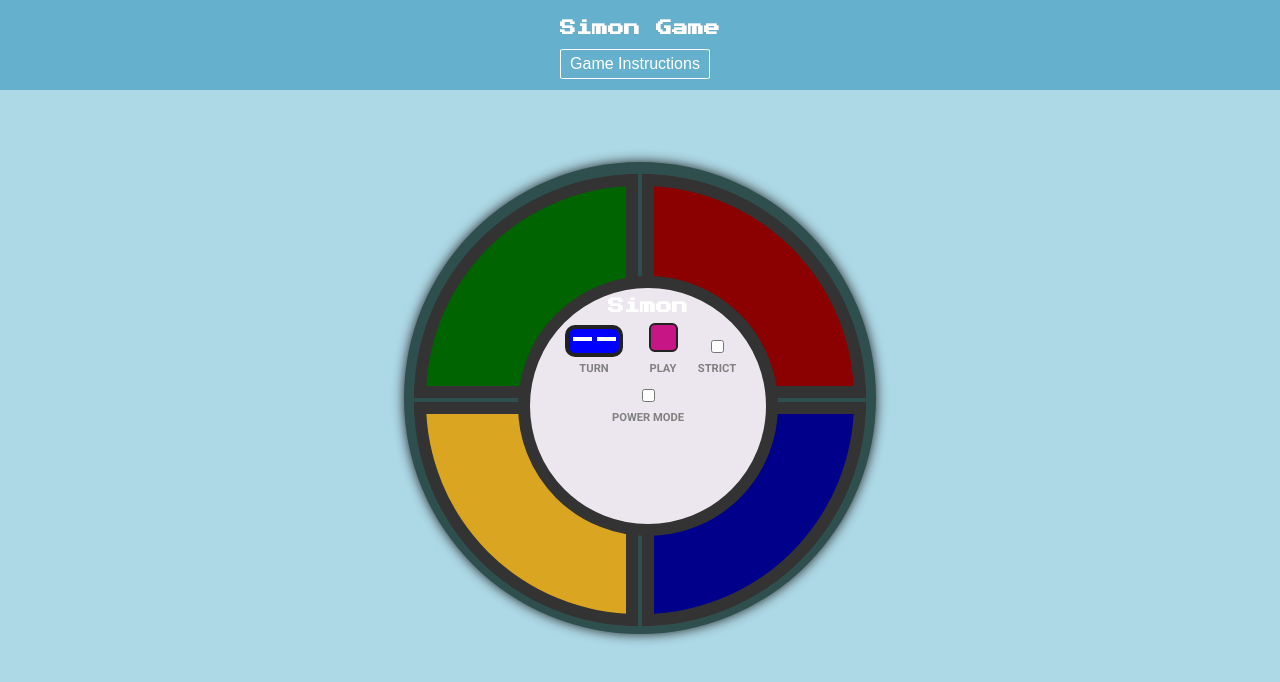
Repository: bbarbara19/memorygame
Page: index.html
The author's editor kept a record of every edit. The page is drawn from the files as they stood at one moment, then again after the next edit.
The browser window is 1280 px wide. The pictures show the whole page.

Above is the page before.

After the next edit:
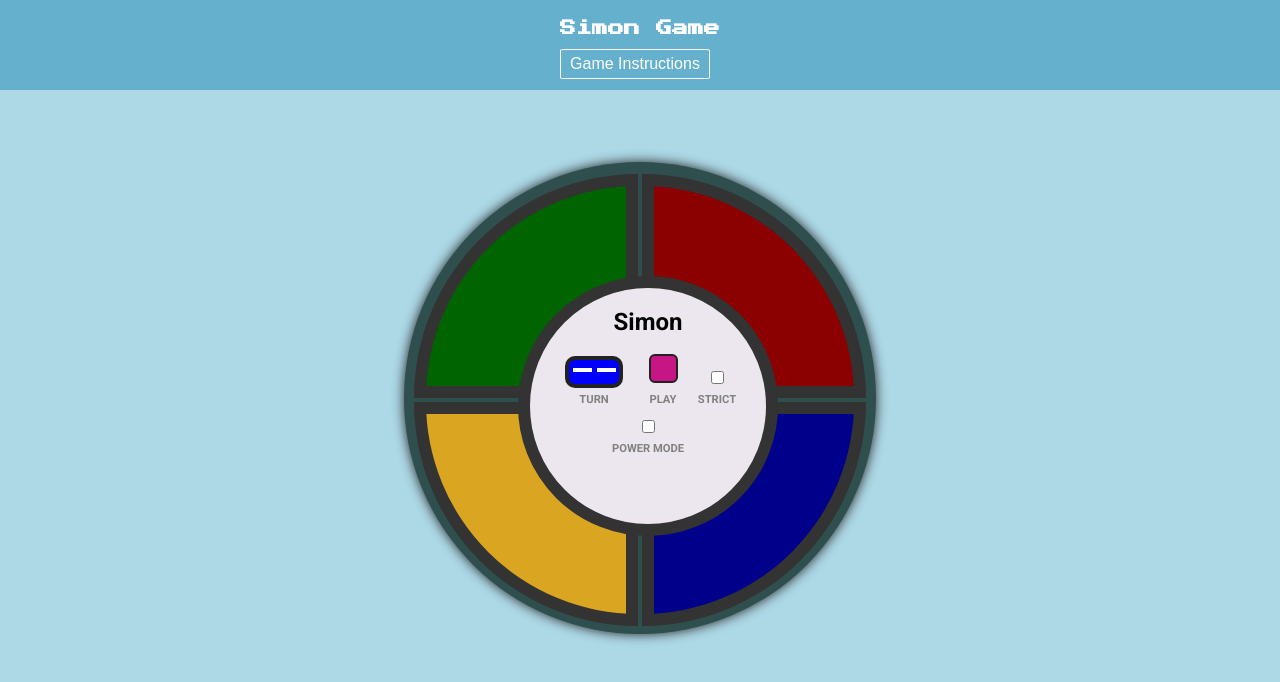
The edit:
--- a/index.html
+++ b/index.html
@@ -38,7 +38,7 @@
         </div>
      </div> <!--end fourPads -->
      <div class="console"><!--inner game console -->
-         <h1 class="brand">Simon</h1>
+         <h2>Simon</h2>
          <div class="rw">
              <div class="display inline">
                  <h1 class="counter boxTurn" id="Counter">--</h1>
